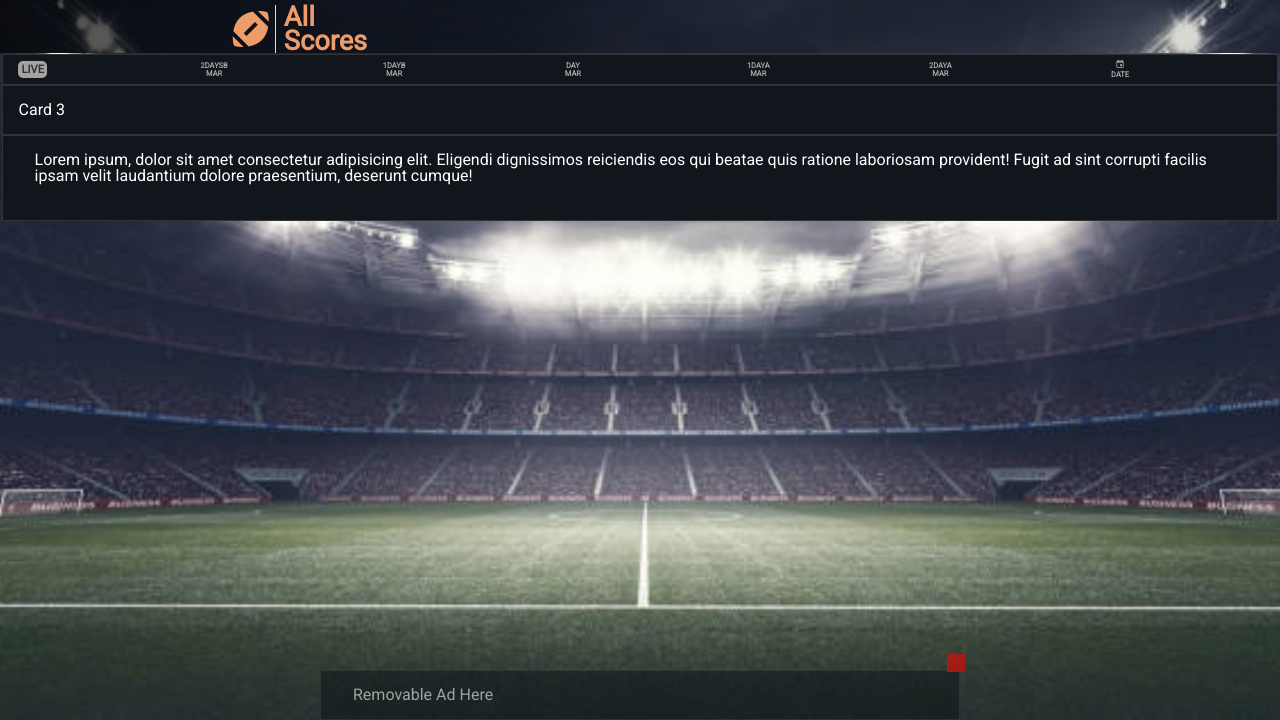
Repository: boomshakar/AllScores
Page: index.html
These files come from the project's save history. The page is drawn as it stood at one moment and after the next save; the edit follows.
The browser window is 1280 px wide. The pictures show the whole page.
The style sheet was rebuilt from its Sass, Less or Tailwind sources for each picture, by a compiler version that may differ from the author's.

Above is the page before, as saved 2021-03-30 13:30:21.

After the next save:
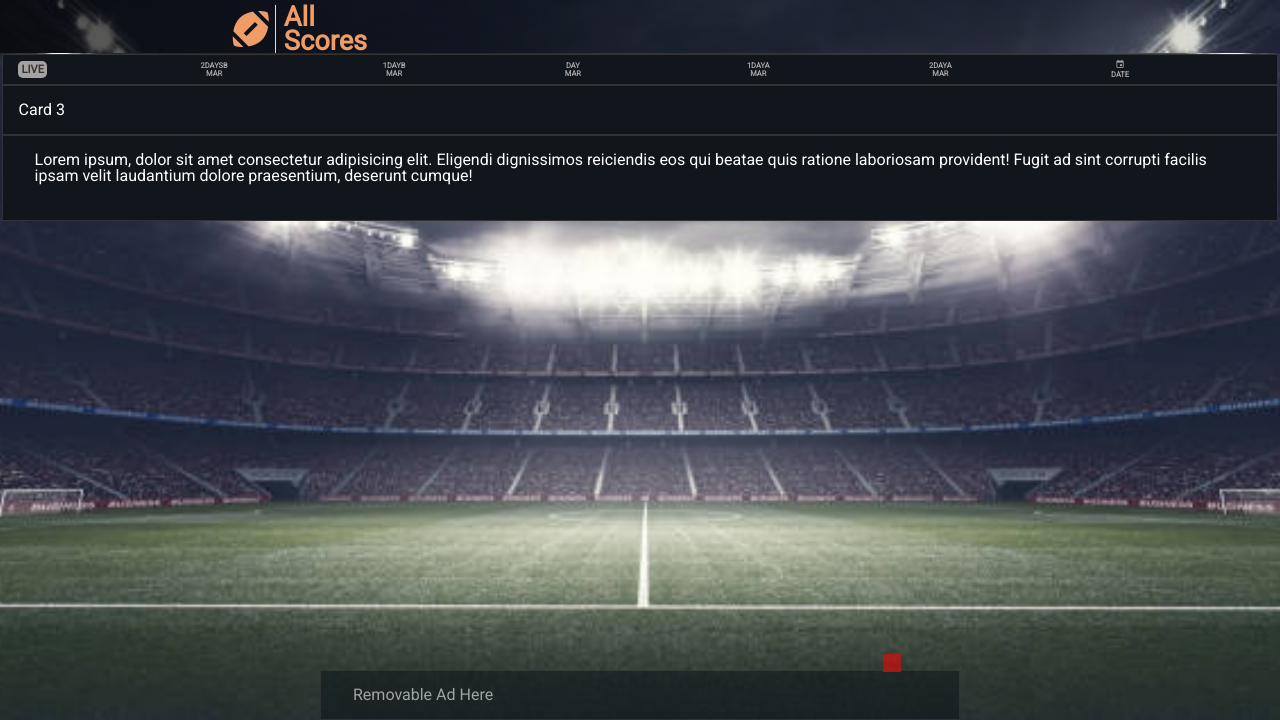
Saved 26 s later.
--- a/scss/main.scss
+++ b/scss/main.scss
@@ -45,7 +45,7 @@
     height: 18px;
     bottom: 3rem;
     right: 31%;
-    left: 74%;
+    left: 69%;
     background: red;
   }
 }
